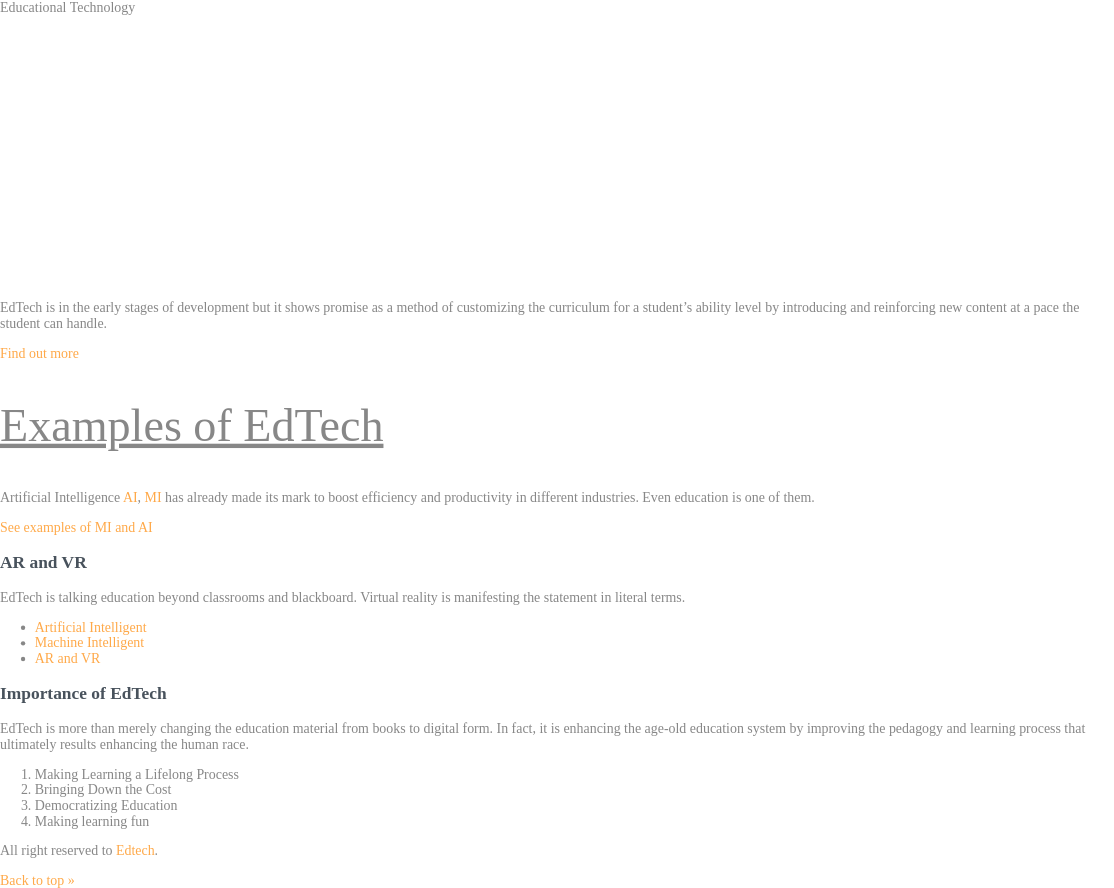
Repository: tunmishyi/edtech
Page: index.html
The author's editor kept a copy of each file at every save. The page is drawn from the files as they stood at one save, then again after the next save.
The browser window is 1280 px wide. The pictures show the whole page, at 87% of full size.

Above is the page before, as saved 2020-06-12 00:55:12.

### index.html
<html>
	<head>
		<title>EdTech</title>
		<link rel="stylesheet" href="/home/peterolayinka/Documents/archive/tutorial/jumoke/css/style.css">
	</head>
	<body>
		<header id="top" class="main-header">
			<span class"title">Educational Technology</span>
			<h1>EdTech, The life of Education</h1>
		</header>

		<div class="primary-content, t-border">
			<p>
					EdTech is in the early stages of development but it shows promise as a method of customizing the curriculum for a student’s ability level by introducing and reinforcing new content at a pace the student can handle.
			</p>
			<a href="#more">Find out more</a>
			<h2>Examples of EdTech</h2>
			<p>
				Artificial Intelligence <a href="#">AI</a>, <a href="#">MI</a> has already made its mark to boost efficiency and productivity in different industries. Even education is one of them.
			</p>
			<a href="#" class="callout">See examples of MI and AI</a>
		</div>

		<div class="secondary-content t-border">
			<h3>AR and VR</h3>
				<p>
					EdTech is talking education beyond classrooms and blackboard. Virtual reality is manifesting the statement in literal terms.
				</p>
				<ul>
					<li><a href="#">Artificial Intelligent</a></li>
					<li><a href="#">Machine Intelligent</a></li>
					<li><a href="#">AR and VR</a></li>
				</ul>
				<h3>Importance of EdTech</h3>
				<p>
					EdTech is more than merely changing the education material from books to digital form. In fact, it is enhancing the age-old education system by improving the pedagogy and learning process that ultimately results enhancing the human race.
				</p>
				<ol>
					<li>Making Learning a Lifelong Process</li>
					<li>Bringing Down the Cost</li>
					<li>Democratizing Education</li>
					<li>Making learning fun</li>
				</ol>
			</div>

			<footer id="main-footer" class="t-border">
				<p>All right reserved to <a href="#">Edtech</a>.</p>
				<a href="#top">Back to top &raquo;</a>
			</footer>
	</body>
</html>

### style.css
/*Type Selectors */

body {
   color: #878787;
   margin: 0;
   font-size: 1em;
}

h1 {
    font-size: 5.625rem; /* 90px/16px */
    color: rgba(255, 255, 255, 1);
    text-transform: uppercase;
    font-weight: normal;
    }

    h2 {
        font-size: 3.3125em; /* 53px/16px */
        text-decoration: underline;
        font-weight: normal;
    }

    h3 {
        font-size: 1.25em; /* 20px/16px */
        color: #48525c;
    }

    /* Pseudo Classes-------- */

    a:link {
        color: rgb(255, 169, 73);
        text-decoration: none;
    }

    a:visited {
        color: lightblue;
    }

    }

    /*ID Selectors */


    a:hover {
        color: rgba(255, 169, 73, .4);
    }

    a:active {
        color: lightcoral;

    /*Main Styles---- */

    .main-header {
        background-color: #ffa949;
       }

    .title {
        color: white;
        font-size: 1.625rem; /* 26px/16px  */
    }

    .primary-content,
    .main-header,
    .main-footer {
        text-align: center;
    }

    .primary-content {
        padding-top: 25px;
        padding-bottom: 95px;
    }

    .secondary-content {
        padding-top: 80px;
        padding-bottom: 70px;
        border-bottom: 2px solid #dfe2e6;
    }

    .main-footer {
        padding-top: 60px;
        padding-bottom: 60px;
        border-bottom: 10px solid #ffa949;
    }

    .t-border {
        border-top: 2px solid #dfe2e6; /* Top Border styles */
    }


    /*Layout styles-----*/

    .primary-content,
    .secondary-content {
        width: 60%;
        margin: auto;
    }

    .wildlife {
        color: white;
        background-color: #434a52;
        padding: 18% 24%;
        border-top: 10px solid #ffa949;
        margin: 105px 0 60px;
     }

    .
    .primary-content,
    .main-header {
        text-align: center;
    }

After the next save:
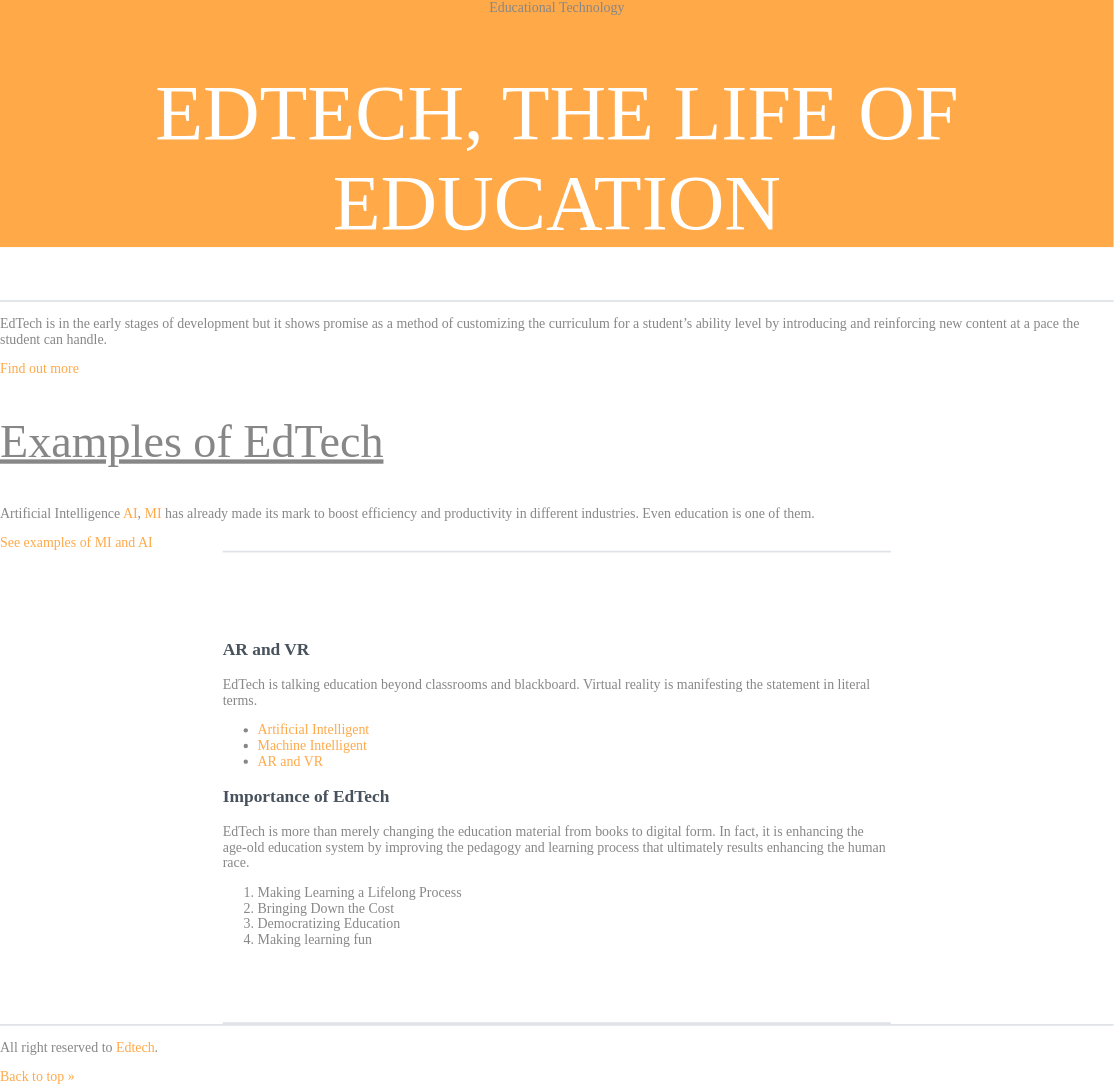
Saved 76 s later.
--- a/style.css
+++ b/style.css
@@ -26,6 +26,8 @@ h1 {
 
     /* Pseudo Classes-------- */
 
+
+    /*ID Selectors */
     a:link {
         color: rgb(255, 169, 73);
         text-decoration: none;
@@ -35,17 +37,13 @@ h1 {
         color: lightblue;
     }
 
-    }
-
-    /*ID Selectors */
-
-
     a:hover {
         color: rgba(255, 169, 73, .4);
     }
 
     a:active {
         color: lightcoral;
+    }
 
     /*Main Styles---- */
 
